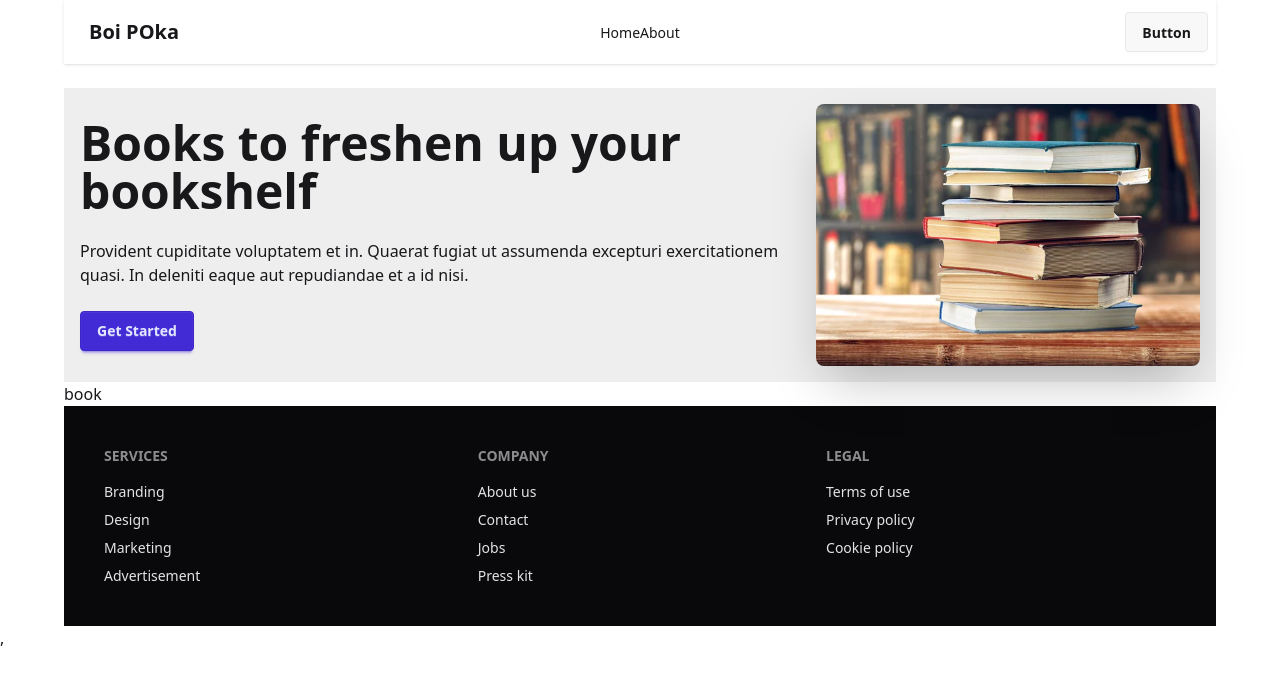
Repository: SanjidaSnigdha/Boipoka-Book-Vibe-Project
Page: /
An editor plug-in stored every save of this project. The page is shown before and after the next save, followed by the edit.
The browser window is 1280 px wide. The pictures show the whole page.
The project was rebuilt for these pictures with package versions that can differ from the ones it lists, and the page was loaded fresh each time. Also part of the build but not shown: vite.config.js, src/App.css, src/App.jsx, src/Pages/Root/ErrorPage/ErrorPage.jsx.

Above is the page before, as saved 2026-05-12 12:50:17.

### index.html
<!doctype html>
<html lang="en">
  <head>
    <meta charset="UTF-8" />
    <link rel="icon" type="image/svg+xml" href="/favicon.svg" />
    <meta name="viewport" content="width=device-width, initial-scale=1.0" />
    <title>boipuka</title>
  </head>
  <body>
    <div id="root"></div>
    <script type="module" src="/src/main.jsx"></script>
  </body>
</html>

### src/main.jsx
import { StrictMode } from 'react'
import { createRoot } from 'react-dom/client'
import './index.css'
import App from './App.jsx'
import {
  RouterProvider,
} from "react-router";
import { router } from './Routes/Routes.jsx';




createRoot(document.getElementById('root')).render(
  <StrictMode>
     <RouterProvider router={router} />,
  </StrictMode>,
)

### src/index.css
@import "tailwindcss";
@plugin "daisyui" {
themes : light --default, dark --prefersdark;
themes: light --default;
}
   dark mode to light mode ( index.css)

### src/Routes/Routes.jsx
import React from 'react';
import {
  createBrowserRouter,
} from "react-router";
import Root from '../Pages/Root/Root';
import ErrorPage from '../Pages/Root/ErrorPage/ErrorPage';
import { Component } from 'react';
import Home from '../Pages/Home/Home';

 export const router = createBrowserRouter([
  {
    path: "/",
    Component: Root,
    errorElement: <ErrorPage></ErrorPage>,
    children: [
      {
      index: true,
      path: '/',
      Component: Home

    },
  ],
},
]);

### src/Pages/Root/Root.jsx
import React from 'react';
import Navbar from '../../Components/Header/Navbar/Navbar';
import { Outlet } from 'react-router';
import Footer from '../../Components/Footer/Footer';

const Root = () => {
    return (
        <div className='max-w-6xl mx-auto'>
            <Navbar></Navbar>
            <Outlet></Outlet>
            <Footer></Footer>

        </div>
    );
};

export default Root;

### src/Pages/Home/Home.jsx
import React from 'react';
import Banner from '../../Components/Banner/Banner';
import Books from '../Books/Books';

const Home = () => {
    return (
        <div>
            <Banner></Banner>
            <Books></Books>
        </div>
    );
};

export default Home;

### src/Components/Header/Navbar/Navbar.jsx
import React from 'react';

const Navbar = () => {
    const links = <>
      <li>Home</li>
      <li>About</li>
    </>
    return (
        <div className="navbar bg-base-100 shadow-sm">
  <div className="navbar-start">
    <div className="dropdown">
      <div tabIndex={0} role="button" className="btn btn-ghost lg:hidden">
        <svg xmlns="http://www.w3.org/2000/svg" className="h-5 w-5" fill="none" viewBox="0 0 24 24" stroke="currentColor"> <path strokeLinecap="round" strokeLinejoin="round" strokeWidth="2" d="M4 6h16M4 12h8m-8 6h16" /> </svg>
      </div>
      <ul
        tabIndex="-1"
        className="menu menu-sm dropdown-content bg-base-100 rounded-box z-1 mt-3 w-52 p-2 shadow">
       {links}
      </ul>
    </div>
    <a className="btn btn-ghost text-xl">Boi POka</a>
  </div>
  <div className="navbar-center hidden lg:flex">
    <ul className="menu menu-horizontal px-1">
      {links}
    </ul>
  </div>
  <div className="navbar-end">
    <a className="btn">Button</a>
  </div>
</div>
    );
};

export default Navbar;

### src/Components/Footer/Footer.jsx
import React from 'react';

const Footer = () => {
    return (
        <footer className="footer sm:footer-horizontal bg-neutral text-neutral-content p-10">
  <nav>
    <h6 className="footer-title">Services</h6>
    <a className="link link-hover">Branding</a>
    <a className="link link-hover">Design</a>
    <a className="link link-hover">Marketing</a>
    <a className="link link-hover">Advertisement</a>
  </nav>
  <nav>
    <h6 className="footer-title">Company</h6>
    <a className="link link-hover">About us</a>
    <a className="link link-hover">Contact</a>
    <a className="link link-hover">Jobs</a>
    <a className="link link-hover">Press kit</a>
  </nav>
  <nav>
    <h6 className="footer-title">Legal</h6>
    <a className="link link-hover">Terms of use</a>
    <a className="link link-hover">Privacy policy</a>
    <a className="link link-hover">Cookie policy</a>
  </nav>
</footer>
    );
};

export default Footer;

### src/Components/Banner/Banner.jsx
import React from 'react';
import bookImage from '../../assets/books.jpg'

const Banner = () => {
    return (

        <div className="hero bg-base-300 mt-6 h-70px">
  <div className="hero-content flex-col lg:flex-row-reverse">
    <img
      src={bookImage}
      className="max-w-sm rounded-lg shadow-2xl "
    />
    <div>
      <h1 className="text-5xl font-bold">Books to freshen up your bookshelf</h1>
      <p className="py-6">
        Provident cupiditate voluptatem et in. Quaerat fugiat ut assumenda excepturi exercitationem
        quasi. In deleniti eaque aut repudiandae et a id nisi.
      </p>
      <button className="btn btn-primary">Get Started</button>
    </div>
  </div>
</div>

    );
};

export default Banner;

### src/Pages/Books/Books.jsx
import React, { useEffect, useState } from 'react';

const Books = () => {
    const [allBooks, setAllBooks] = useState([]);
    useEffect(() => {
        fetch("booksData.json")
        .then(res=>res.json())
        .then(data =>{
            setAllBooks(data)
        })
    },[])
    return (
        <div>
            <h1>book</h1>
        </div>
    );
};

export default Books;

### public/booksData.json
[
  {
    "bookId": 1,
    "bookName": "The Great Gatsby",
    "author": "F. Scott Fitzgerald",
    "image": "https://i.ibb.co.com/khHN7Pk/9780143454212.jpg",
    "review": "'The Great Gatsby' by F. Scott Fitzgerald is a timeless masterpiece that delves into the decadence and disillusionment of the Jazz Age. Set in the Roaring Twenties, the novel unveils the enigmatic Jay Gatsby's extravagant parties, masking a pursuit of lost love. Narrated by Nick Carraway, the story explores themes of wealth, love, and the American Dream, drawing readers into a vivid portrayal of the glittering yet elusive world of the East and West Egg. Fitzgerald's prose is both poetic and haunting, weaving a compelling narrative that transcends its era. A poignant exploration of societal excess and the human condition, 'The Great Gatsby' remains a literary gem that resonates across generations.",
    "totalPages": 192,
    "rating": 4.5,
    "category": "Classic",
    "tags": ["Fiction", "Romance"],
    "publisher": "Scribner",
    "yearOfPublishing": 1925
  },
  {
    "bookId": 2,
    "bookName": "To Kill a Mockingbird",
    "author": "Harper Lee",
    "image": "https://i.ibb.co.com/0cv102J/To-Kill-a-Mockingbird.webp",
    "review": "'The Great Gatsby' by F. Scott Fitzgerald is a timeless masterpiece that delves into the decadence and disillusionment of the Jazz Age. Set in the Roaring Twenties, the novel unveils the enigmatic Jay Gatsby's extravagant parties, masking a pursuit of lost love. Narrated by Nick Carraway, the story explores themes of wealth, love, and the American Dream, drawing readers into a vivid portrayal of the glittering yet elusive world of the East and West Egg. Fitzgerald's prose is both poetic and haunting, weaving a compelling narrative that transcends its era. A poignant exploration of societal excess and the human condition, 'The Great Gatsby' remains a literary gem that resonates across generations.",
    "totalPages": 281,
    "rating": 4.8,
    "category": "Fiction",
    "tags": ["Drama", "Social Justice"],
    "publisher": "J.B. Lippincott & Co.",
    "yearOfPublishing": 1960
  },
  {
    "bookId": 3,
    "bookName": "1984",
    "author": "George Orwell",
    "image": "https://i.ibb.co.com/MprDyVt/51-BIA4rrae-L-AC-UF1000-1000-QL80.jpg",
    "review": "'The Great Gatsby' by F. Scott Fitzgerald is a timeless masterpiece that delves into the decadence and disillusionment of the Jazz Age. Set in the Roaring Twenties, the novel unveils the enigmatic Jay Gatsby's extravagant parties, masking a pursuit of lost love. Narrated by Nick Carraway, the story explores themes of wealth, love, and the American Dream, drawing readers into a vivid portrayal of the glittering yet elusive world of the East and West Egg. Fitzgerald's prose is both poetic and haunting, weaving a compelling narrative that transcends its era. A poignant exploration of societal excess and the human condition, 'The Great Gatsby' remains a literary gem that resonates across generations.",
    "totalPages": 328,
    "rating": 4.6,
    "category": "Fiction",
    "tags": ["Dystopian", "Political"],
    "publisher": "Secker & Warburg",
    "yearOfPublishing": 1949
  },
  {
    "bookId": 4,
    "bookName": "The Catcher in the Rye",
    "author": "J.D. Salinger",
    "image": "https://i.ibb.co.com/tYSWRfG/catcherrye-edited-1-800x.png",
    "review": "'The Great Gatsby' by F. Scott Fitzgerald is a timeless masterpiece that delves into the decadence and disillusionment of the Jazz Age. Set in the Roaring Twenties, the novel unveils the enigmatic Jay Gatsby's extravagant parties, masking a pursuit of lost love. Narrated by Nick Carraway, the story explores themes of wealth, love, and the American Dream, drawing readers into a vivid portrayal of the glittering yet elusive world of the East and West Egg. Fitzgerald's prose is both poetic and haunting, weaving a compelling narrative that transcends its era. A poignant exploration of societal excess and the human condition, 'The Great Gatsby' remains a literary gem that resonates across generations.",
    "totalPages": 224,
    "rating": 4.3,
    "category": "Fiction",
    "tags": ["Young Adult", "Identity"],
    "publisher": "Little, Brown and Company",
    "yearOfPublishing": 1951
  },
  {
    "bookId": 5,
    "bookName": "Pride and Prejudice",
    "author": "Jane Austen",
    "image": "https://i.ibb.co.com/YdQDMpn/81me-ud-V63-L-AC-UF1000-1000-QL80.jpg",
    "review": "'The Great Gatsby' by F. Scott Fitzgerald is a timeless masterpiece that delves into the decadence and disillusionment of the Jazz Age. Set in the Roaring Twenties, the novel unveils the enigmatic Jay Gatsby's extravagant parties, masking a pursuit of lost love. Narrated by Nick Carraway, the story explores themes of wealth, love, and the American Dream, drawing readers into a vivid portrayal of the glittering yet elusive world of the East and West Egg. Fitzgerald's prose is both poetic and haunting, weaving a compelling narrative that transcends its era. A poignant exploration of societal excess and the human condition, 'The Great Gatsby' remains a literary gem that resonates across generations.",
    "totalPages": 279,
    "rating": 4.7,
    "category": "Classic",
    "tags": ["Romance", "Satire"],
    "publisher": "T. Egerton, Whitehall",
    "yearOfPublishing": 1813
  },
  {
    "bookId": 6,
    "bookName": "The Hobbit",
    "author": "J.R.R. Tolkien",
    "image": "https://i.ibb.co.com/xS8YvxL/81m-CE-uclx-L-UF1000-1000-QL80.jpg",
    "review": "'The Great Gatsby' by F. Scott Fitzgerald is a timeless masterpiece that delves into the decadence and disillusionment of the Jazz Age. Set in the Roaring Twenties, the novel unveils the enigmatic Jay Gatsby's extravagant parties, masking a pursuit of lost love. Narrated by Nick Carraway, the story explores themes of wealth, love, and the American Dream, drawing readers into a vivid portrayal of the glittering yet elusive world of the East and West Egg. Fitzgerald's prose is both poetic and haunting, weaving a compelling narrative that transcends its era. A poignant exploration of societal excess and the human condition, 'The Great Gatsby' remains a literary gem that resonates across generations.",
    "totalPages": 310,
    "rating": 4.9,
    "category": "Fantasy",
    "tags": ["Adventure", "Epic"],
    "publisher": "Allen & Unwin",
    "yearOfPublishing": 1937
  },
  {
    "bookId": 7,
    "bookName": "Harry Potter and the Sorcerer's Stone",
    "author": "J.K. Rowling",
    "image": "https://i.ibb.co.com/989qMRW/42844155.jpg",
    "review": "'The Great Gatsby' by F. Scott Fitzgerald is a timeless masterpiece that delves into the decadence and disillusionment of the Jazz Age. Set in the Roaring Twenties, the novel unveils the enigmatic Jay Gatsby's extravagant parties, masking a pursuit of lost love. Narrated by Nick Carraway, the story explores themes of wealth, love, and the American Dream, drawing readers into a vivid portrayal of the glittering yet elusive world of the East and West Egg. Fitzgerald's prose is both poetic and haunting, weaving a compelling narrative that transcends its era. A poignant exploration of societal excess and the human condition, 'The Great Gatsby' remains a literary gem that resonates across generations.",
    "totalPages": 309,
    "rating": 4.8,
    "category": "Fantasy",
    "tags": ["Magic", "Young Adult"],
    "publisher": "Bloomsbury",
    "yearOfPublishing": 1997
  },
  {
    "bookId": 8,
    "bookName": "The Alchemist",
    "author": "Paulo Coelho",
    "image": "https://i.ibb.co.com/zS9jsdK/18144590.jpg",
    "review": "'The Great Gatsby' by F. Scott Fitzgerald is a timeless masterpiece that delves into the decadence and disillusionment of the Jazz Age. Set in the Roaring Twenties, the novel unveils the enigmatic Jay Gatsby's extravagant parties, masking a pursuit of lost love. Narrated by Nick Carraway, the story explores themes of wealth, love, and the American Dream, drawing readers into a vivid portrayal of the glittering yet elusive world of the East and West Egg. Fitzgerald's prose is both poetic and haunting, weaving a compelling narrative that transcends its era. A poignant exploration of societal excess and the human condition, 'The Great Gatsby' remains a literary gem that resonates across generations.",
    "totalPages": 177,
    "rating": 4.6,
    "category": "Fiction",
    "tags": ["Philosophical", "Adventure"],
    "publisher": "HarperCollins",
    "yearOfPublishing": 1988
  },
  {
    "bookId": 9,
    "bookName": "The Girl on the Train",
    "author": "Paula Hawkins",
    "image": "https://i.ibb.co.com/P6hfCmJ/Whats-App-Image-2024-05-22-at-11-21-25-2e21ae46.jpg",
    "review": "'The Great Gatsby' by F. Scott Fitzgerald is a timeless masterpiece that delves into the decadence and disillusionment of the Jazz Age. Set in the Roaring Twenties, the novel unveils the enigmatic Jay Gatsby's extravagant parties, masking a pursuit of lost love. Narrated by Nick Carraway, the story explores themes of wealth, love, and the American Dream, drawing readers into a vivid portrayal of the glittering yet elusive world of the East and West Egg. Fitzgerald's prose is both poetic and haunting, weaving a compelling narrative that transcends its era. A poignant exploration of societal excess and the human condition, 'The Great Gatsby' remains a literary gem that resonates across generations.",
    "totalPages": 316,
    "rating": 4.2,
    "category": "Mystery",
    "tags": ["Suspense", "Psychological"],
    "publisher": "Riverhead Books",
    "yearOfPublishing": 2015
  }
]

After the next save:
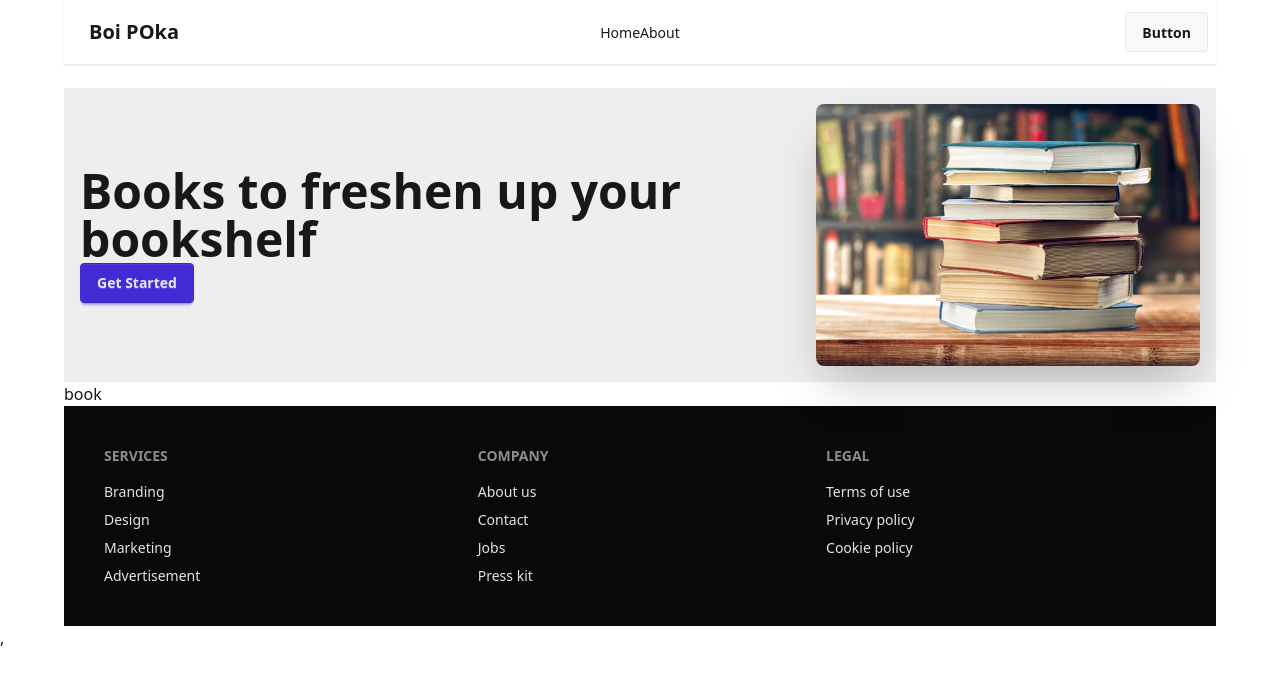
Saved 18 s later.
--- a/src/Components/Banner/Banner.jsx
+++ b/src/Components/Banner/Banner.jsx
@@ -12,11 +12,7 @@ const Banner = () => {
     />
     <div>
       <h1 className="text-5xl font-bold">Books to freshen up your bookshelf</h1>
-      <p className="py-6">
-        Provident cupiditate voluptatem et in. Quaerat fugiat ut assumenda excepturi exercitationem
-        quasi. In deleniti eaque aut repudiandae et a id nisi.
-      </p>
-      <button className="btn btn-primary">Get Started</button>
+       <button className="btn btn-primary">Get Started</button>
     </div>
   </div>
 </div>
